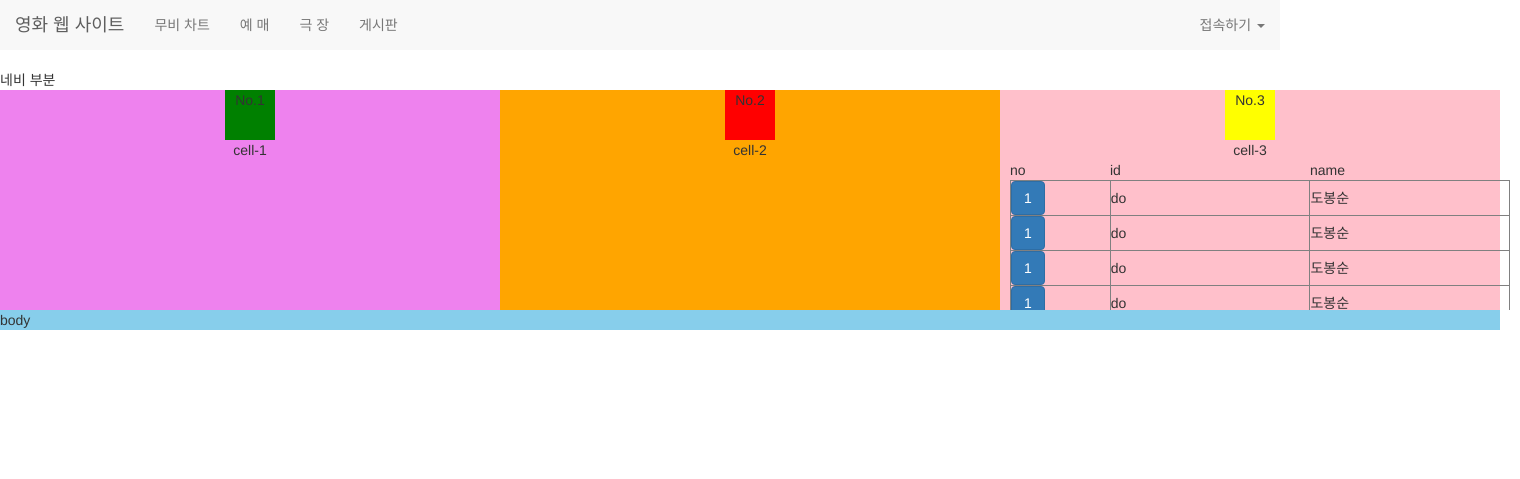
Repository: Gotaemin/java
Page: http://localhost/BBS/movieReserve.jsp
The author's editor kept a copy of each file at every save. The page is drawn from the files as they stood at one save, then again after the next save.
The browser window is 1280 px wide. The page is 1520 px wide, so the pictures cover 1520 px, including what lies to the right of the window. The pictures show the whole page.
Some web libraries are served in a nearby version. The page is served by Tomcat 9.

Above is the page before, as saved 2020-03-16 05:25:06.

After the next save:
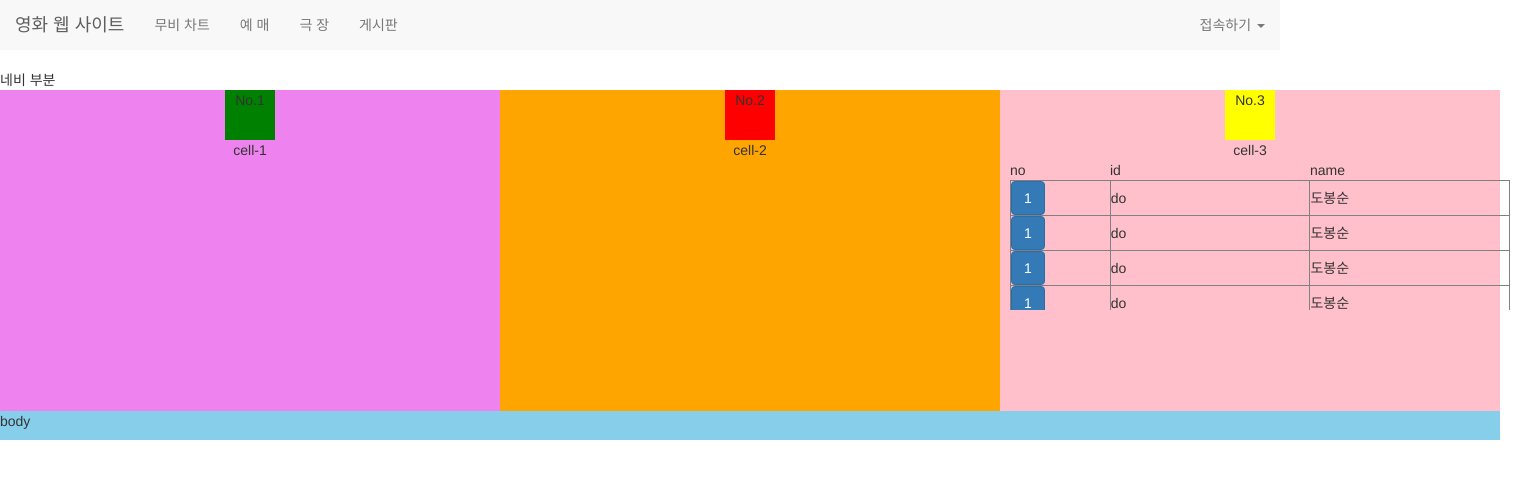
Saved 41 s later.
--- a/BBS/BBS/WebContent/movieReserve.jsp
+++ b/BBS/BBS/WebContent/movieReserve.jsp
@@ -99,21 +99,10 @@ table {
 
 	<div id="container">
 
-
 		<div class="navi">네비 부분</div>
 
-		<!-- 테이블 방식으로 가운데 정렬하는 방법 -->
-		<!-- <div class="test_body" style ="width:230px; height:180px;background:skyblue;"> -->
-		<!-- <div class="test_content" style="width:50px; height:50px; background:green;" >No.1</div> -->
-		<!-- <div class="test_content" style="width:50px; height:50px; background:red;" >No.2</div> -->
-		<!-- <div class="test_content" style="width:50px; height:50px; background:yellow;" >No.3</div> -->
-		<!-- body -->
-		<!-- </div> -->
-		<!-- <br> -->
-		<!-- <br> -->
-		<!-- <br> -->
-		<div class="test_body"
-			style="display: table; table-layout: fixed; word-break: break-all; width: 1500px; height: 180px; background: skyblue">
+
+		<div class="test_body" style="display: table; table-layout: fixed; word-break: break-all; width: 1500px; height: 350px; background: skyblue">
 			<div style="display: table-row;">
 				<div align=center style="display: table-cell; background: violet;">
 					<div class="test_content"
